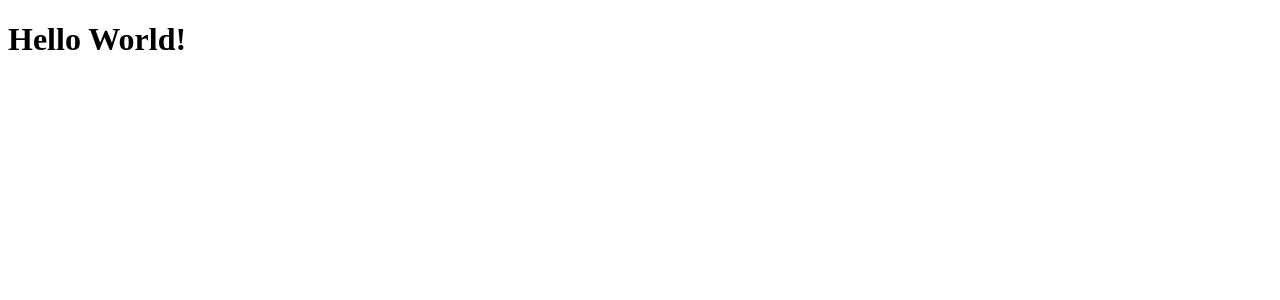
Repository: guilhermecardoso93/react-redux-zustand
Page: /
These files come from the project's save history. The page is drawn as it stood at one moment and after the next save; the edit follows.
The browser window is 1280 px wide. The pictures show the whole page.
The project was rebuilt for these pictures with package versions that can differ from the ones it lists, and the page was loaded fresh each time. Also part of the build but not shown: vite.config.ts.

Above is the page before, as saved 2023-06-27 19:26:26.

### src/main.tsx
import React from 'react'
import ReactDOM from 'react-dom/client'
import { App } from './App.tsx'


ReactDOM.createRoot(document.getElementById('root') as HTMLElement).render(
  <React.StrictMode>
    <App />
  </React.StrictMode>,
)

### src/App.tsx
export function App() {

  return (
    <div>
      <h1>Hello World!</h1>
    </div>
  )
}

### src/components/AddTodo.tsx
import { FormEvent, useState } from "react";

export function AddTodo() {
  const [newTodo, setNewTodo] = useState("");

  function handleNewTodo(e: FormEvent) {
    e.preventDefault();
    console.log(newTodo);
  }

  return (
    <form onSubmit={handleNewTodo}>
      <input
        type="text"
        placeholder="Novo to-do"
        value={newTodo}
        onChange={(e) => setNewTodo(e.target.value)}
      />
      <button type="submit">Adicionar</button>
    </form>
  );
}

### src/components/TodoList.tsx
export function TodoList() {
  return (
    <ul>
      <li>Fazer Café</li>
      <li>Estudar</li>
    </ul>
  )
}

After the next save:
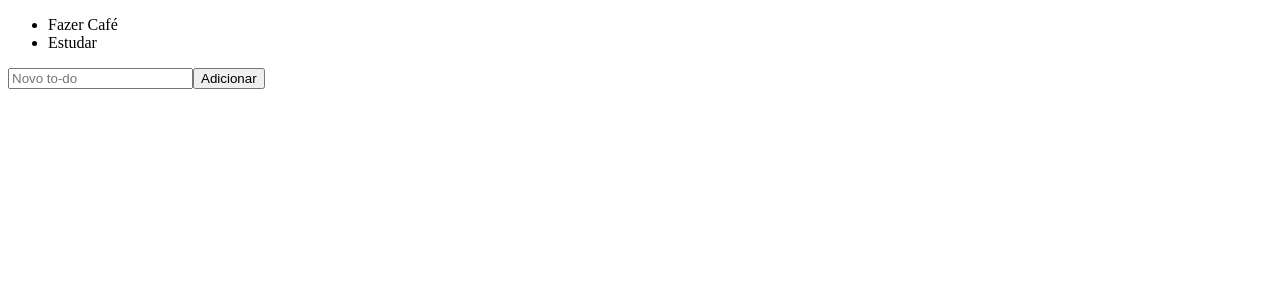
Saved 21 s later.
--- a/src/App.tsx
+++ b/src/App.tsx
@@ -1,8 +1,12 @@
+import { AddTodo } from "./components/AddTodo";
+import { TodoList } from "./components/TodoList";
+
 export function App() {
 
   return (
     <div>
-      <h1>Hello World!</h1>
+      <TodoList />
+      <AddTodo />
     </div>
   )
 }
